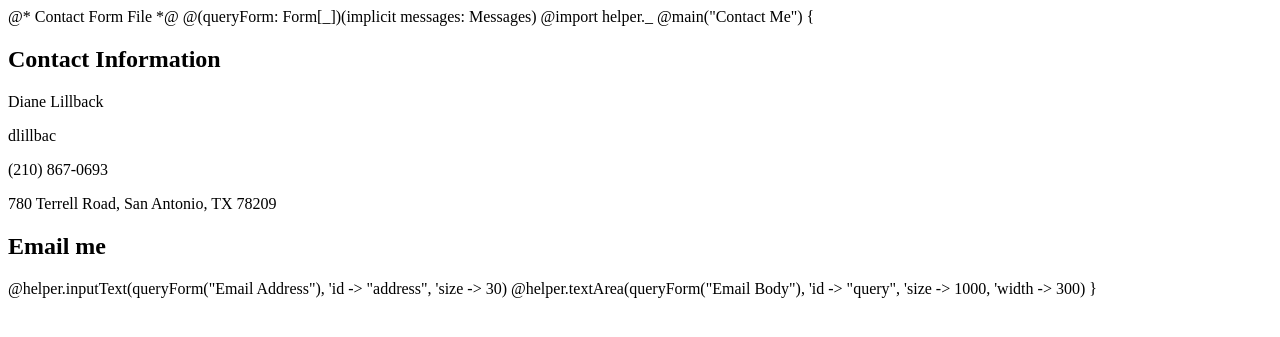
Repository: arthurfeeney/Interior-Design
Page: server/app/views/contact.scala.html
The author's editor kept a copy of each file at every save. The page is drawn from the files as they stood at one save, then again after the next save.
The browser window is 1280 px wide. The pictures show the whole page.

Above is the page before, as saved 2019-03-31 20:07:30.

After the next save:
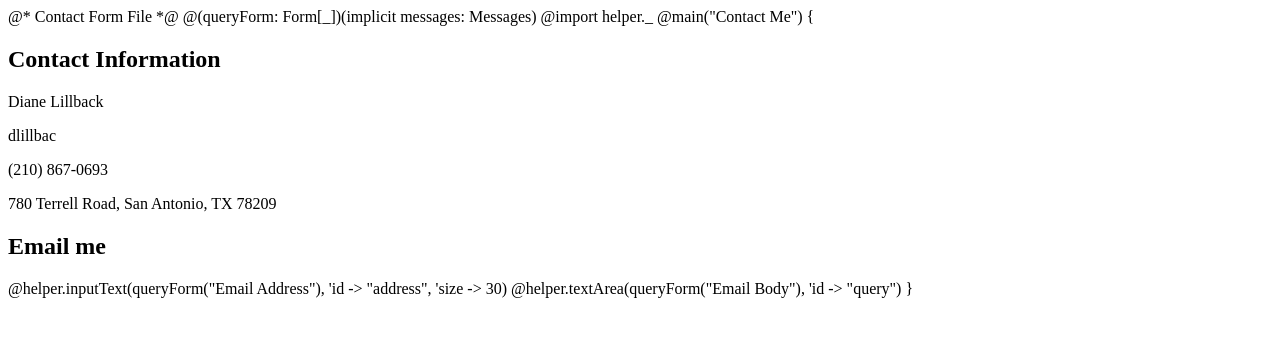
Saved 23 s later.
--- a/server/app/views/contact.scala.html
+++ b/server/app/views/contact.scala.html
@@ -22,6 +22,6 @@
 
 
 @helper.inputText(queryForm("Email Address"), 'id -> "address", 'size -> 30)
-@helper.textArea(queryForm("Email Body"), 'id -> "query", 'size -> 1000, 'width -> 300)
+@helper.textArea(queryForm("Email Body"), 'id -> "query")
 
 }
